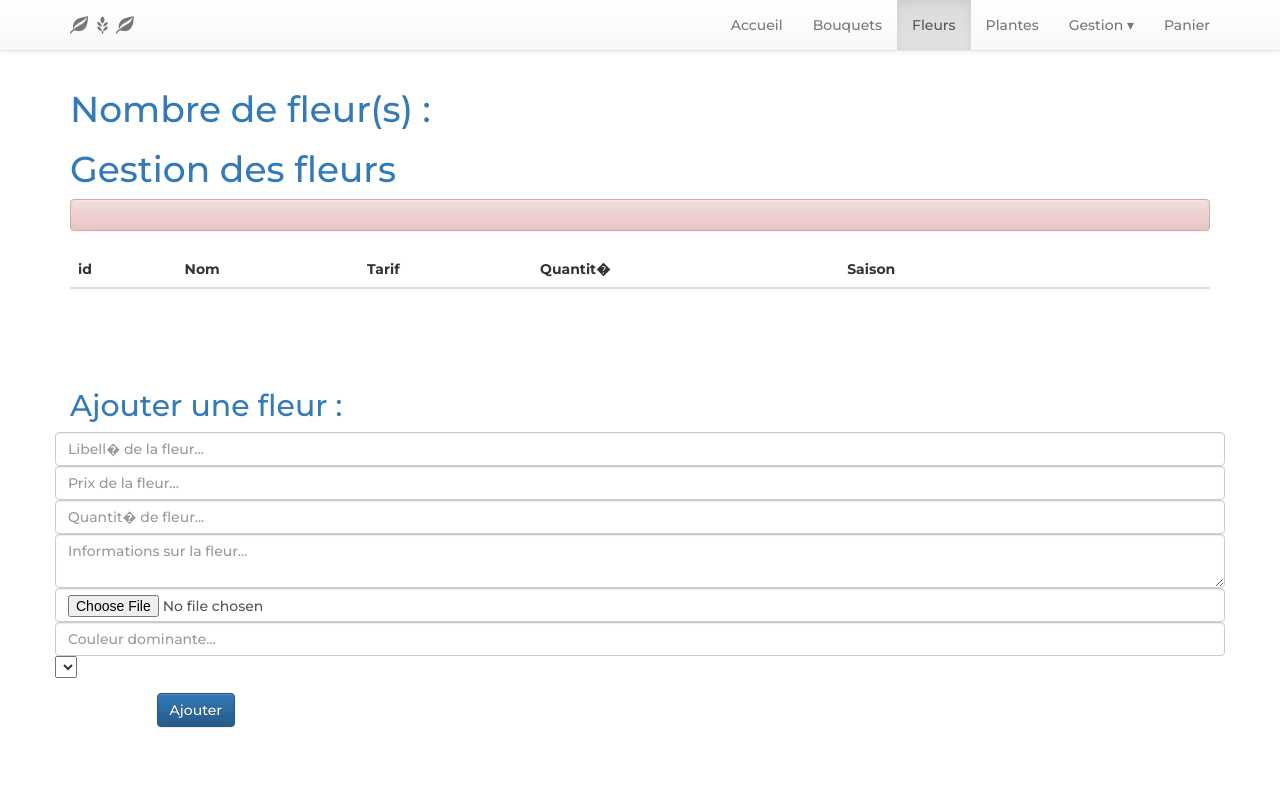
Repository: JeremT8/JavaFleuristeProject
Page: tp-fleuriste/src/main/webapp/fleurs.html
These files come from the project's save history. The page is drawn as it stood at one moment and after the next save; the edit follows.
The browser window is 1280 px wide. The pictures show the whole page.
The page's requests for data from a server got no answer. Some web libraries are served in a nearby version.

Above is the page before, as saved 2022-05-18 08:35:52.

After the next save:
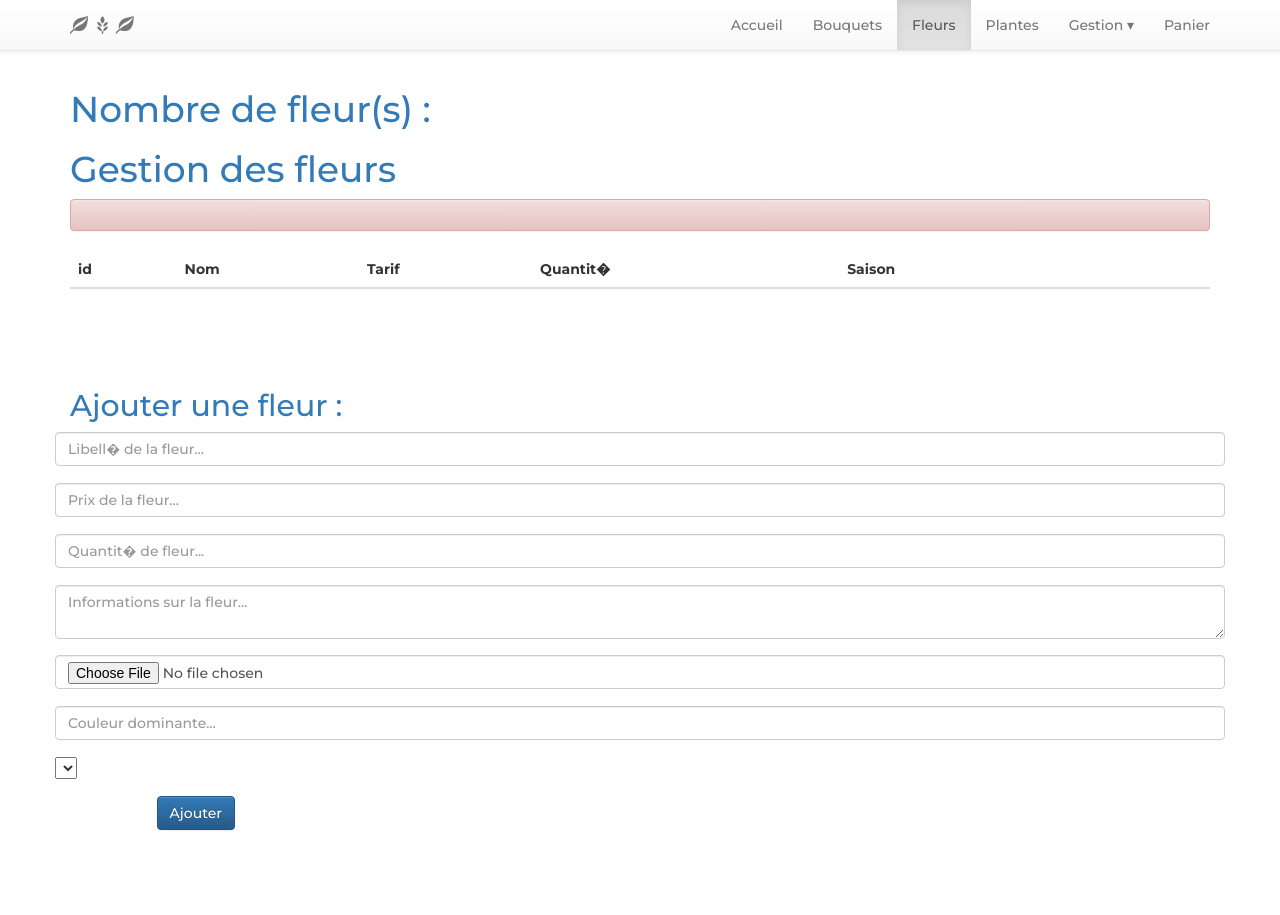
Saved 55 s later.
--- a/tp-fleuriste/src/main/webapp/css/commun.css
+++ b/tp-fleuriste/src/main/webapp/css/commun.css
@@ -74,3 +74,7 @@ a.dropdown-item {
 .input-form {
 	margin:0.8em;
 }
+
+.div-form-input {
+	margin: 0% 0% 1.2em 0%;
+}
